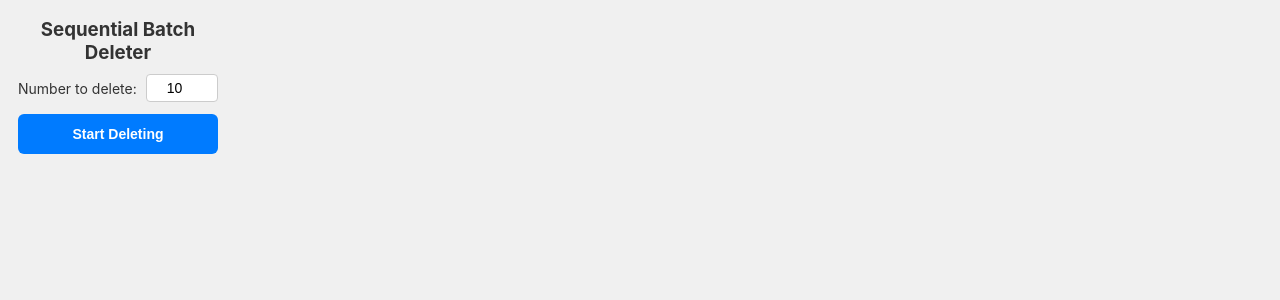
Repository: miloyiyangsun/Batch-Deleter-for-ChatGPT-History
Page: popup.html
These files come from the project's save history. The page is drawn as it stood at one moment and after the next save; the edit follows.
The browser window is 1280 px wide. The pictures show the whole page.

Above is the page before, as saved 2025-07-03 21:06:28.

After the next save:
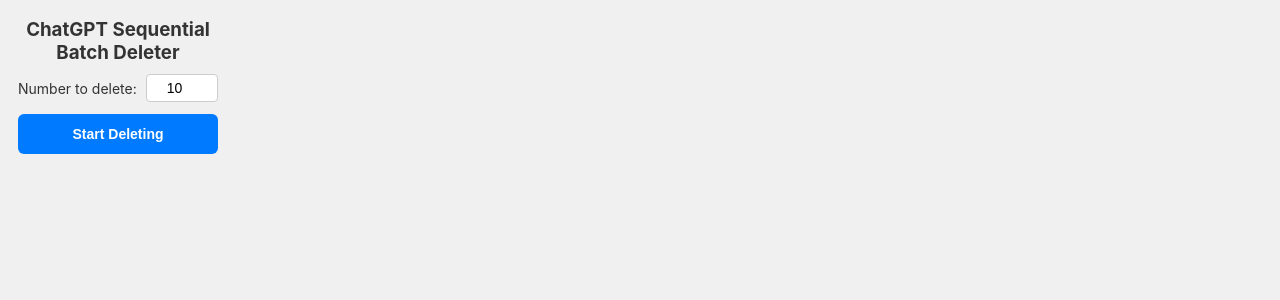
Saved 9 s later.
--- a/popup.html
+++ b/popup.html
@@ -6,7 +6,7 @@
     <link rel="stylesheet" href="popup.css">
 </head>
 <body>
-    <h3>Sequential Batch Deleter</h3>
+    <h3>ChatGPT Sequential Batch Deleter</h3>
     <div class="input-group">
         <label for="deleteCount">Number to delete:</label>
         <input type="number" id="deleteCount" value="10" min="1">
